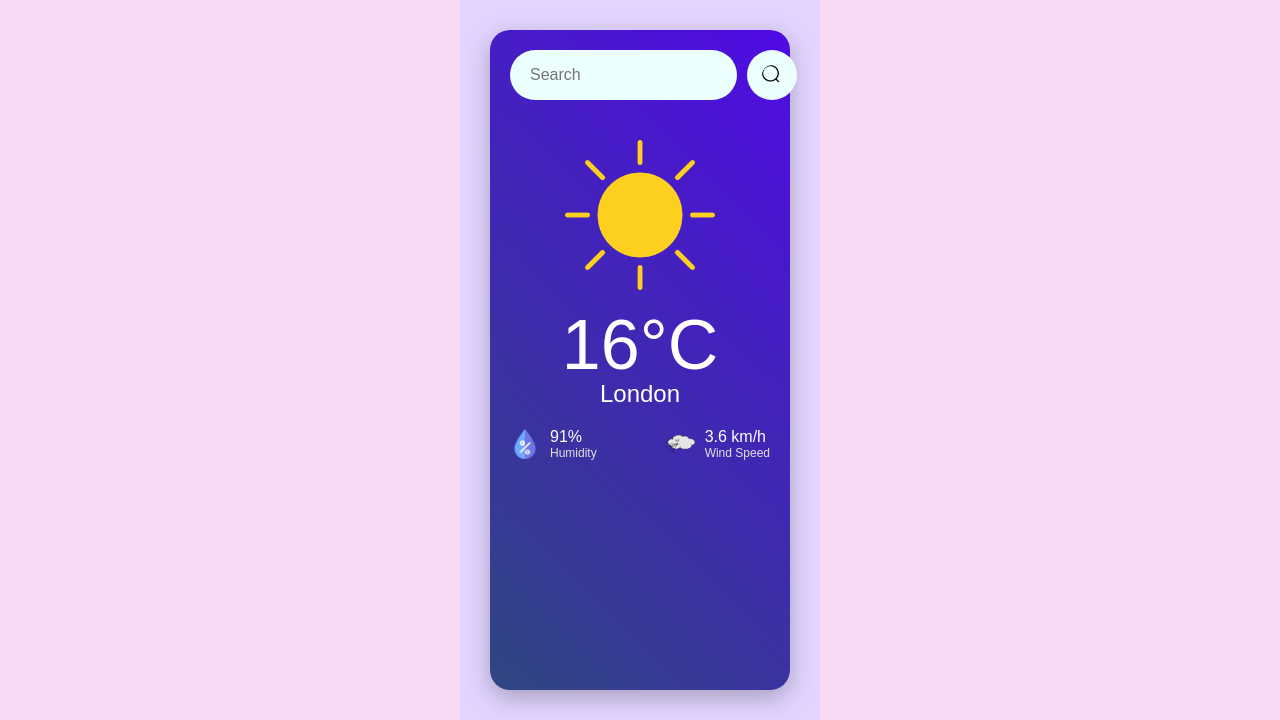
Repository: wakoya-tech/wheather-app
Page: /
The author's editor kept a copy of each file at every save. The page is drawn from the files as they stood at one save, then again after the next save.
The browser window is 1280 px wide. The pictures show the whole page.
The project was rebuilt for these pictures with package versions that can differ from the ones it lists, and the page was loaded fresh each time. Also part of the build but not shown: vite.config.js, src/App.css.

Above is the page before, as saved 2025-10-18 22:03:22.

After the next save:
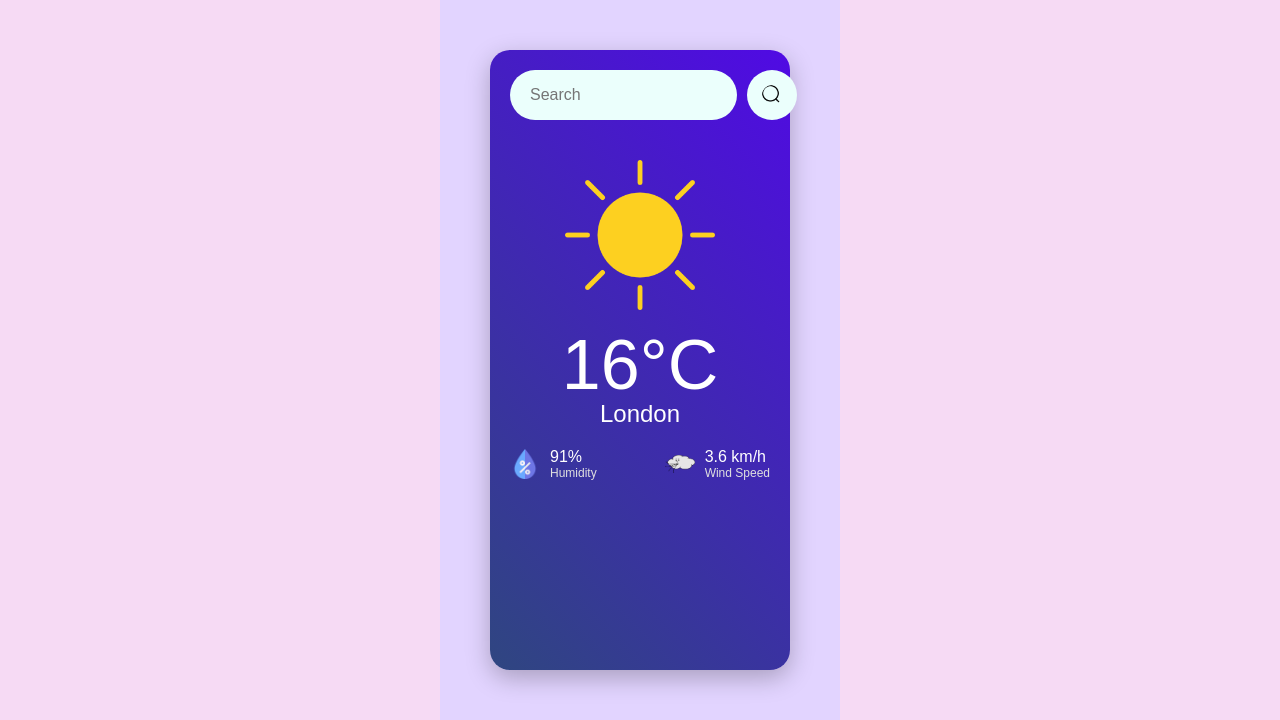
Saved 4 s later.
--- a/src/Components/Weather.css
+++ b/src/Components/Weather.css
@@ -13,7 +13,7 @@ body {
   .weather {
     width: 90%;
     max-width: 300px;
-    margin: 30px;
+    margin: 50px;
     padding: 20px;
     border-radius: 20px;
     background-image: linear-gradient(45deg, #2f4680, #500ae4);
